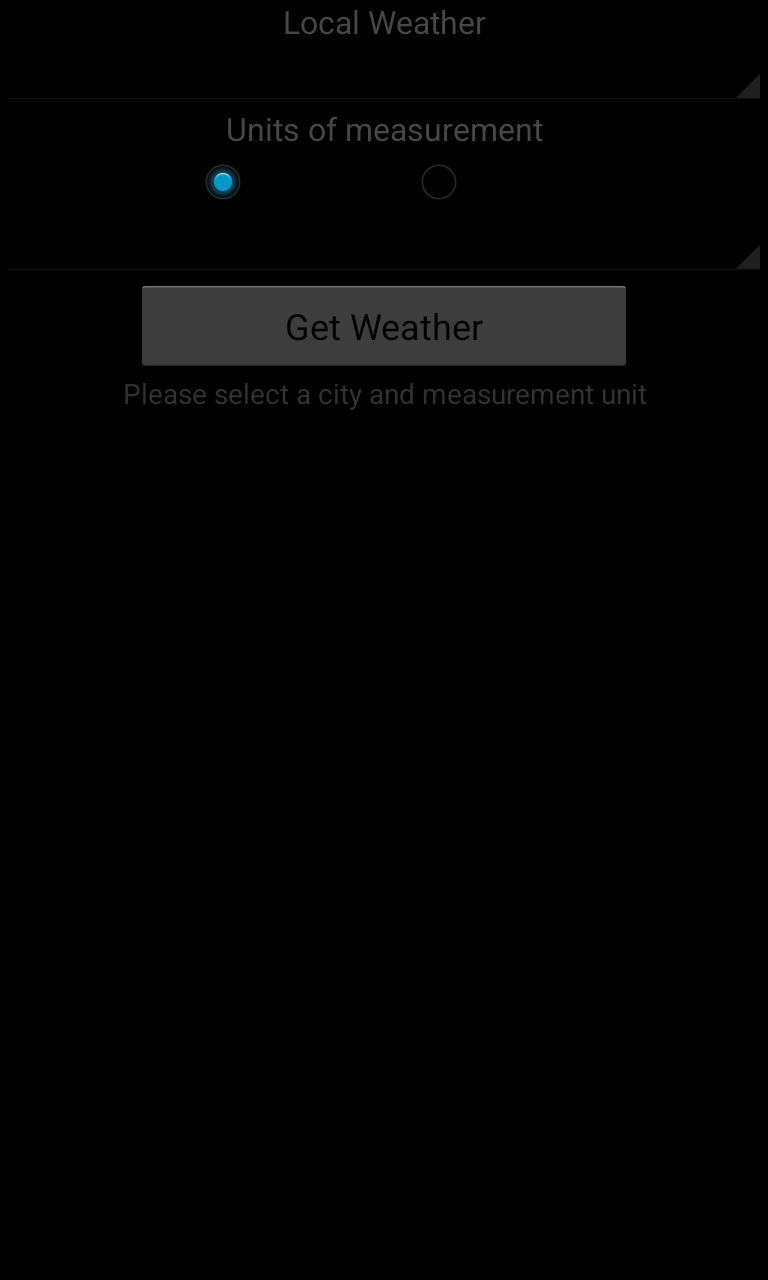
Repository: efreestone/Java1
Layout: Java1Project4/res/layout/activity_main.xml
The author's editor kept a copy of each file at every save. The layout is drawn from the files as they stood at one save, then again after the next save.
It is drawn on a 768 x 1280 px phone screen (xhdpi) without system bars, with theme AppTheme; the app's code is not run.

Above is the layout before, as saved 2014-03-26 03:48:25.

After the next save:
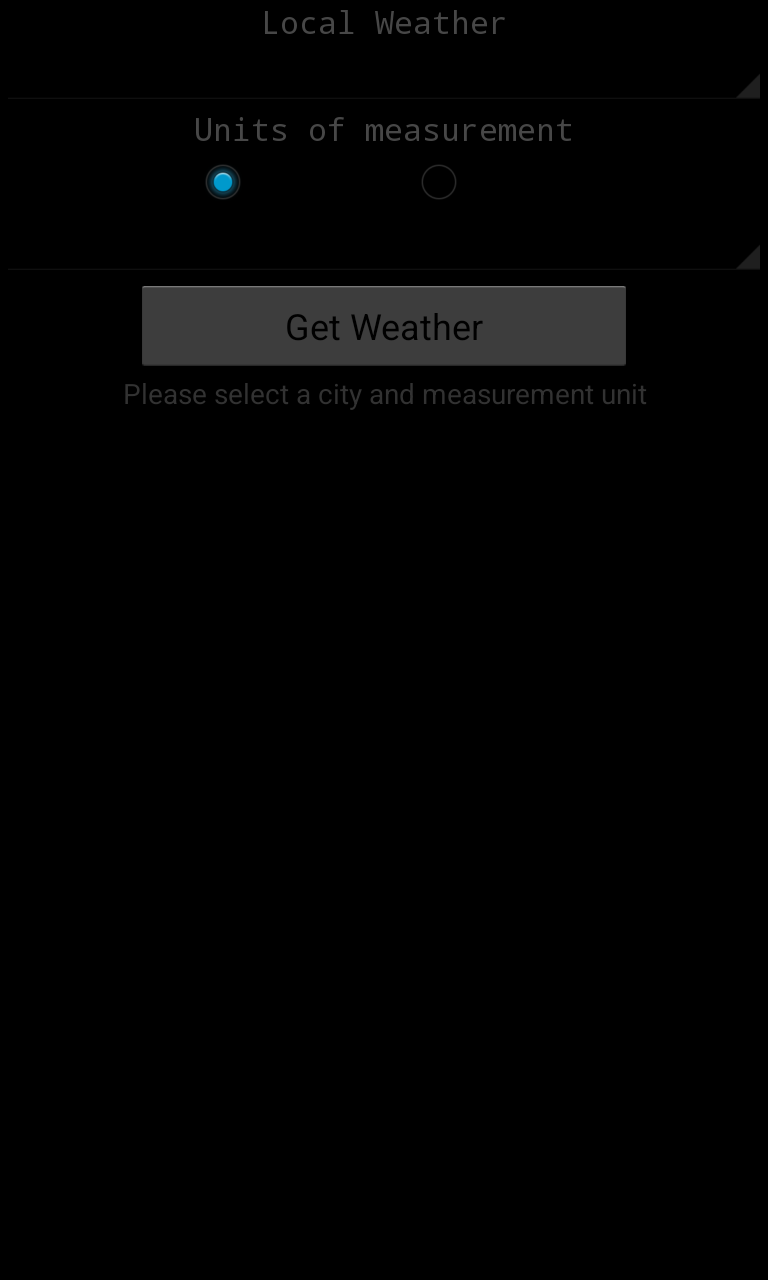
Saved 31 s later.
--- a/Java1Project4/res/values-v14/styles.xml
+++ b/Java1Project4/res/values-v14/styles.xml
@@ -12,11 +12,12 @@
             <item name="android:textStyle">normal</item>
             <item name="android:textColor">#474747</item>
             <item name="android:textSize">16sp</item>
+            <item name="android:typeface">monospace</item>
         </style>
 
         <style name="backgroundStyle">
             <item name="android:background">@android:color/background_dark</item>
-            <item name="android:typeface">monospace</item>
+
         </style>
 
 

After the save that followed:
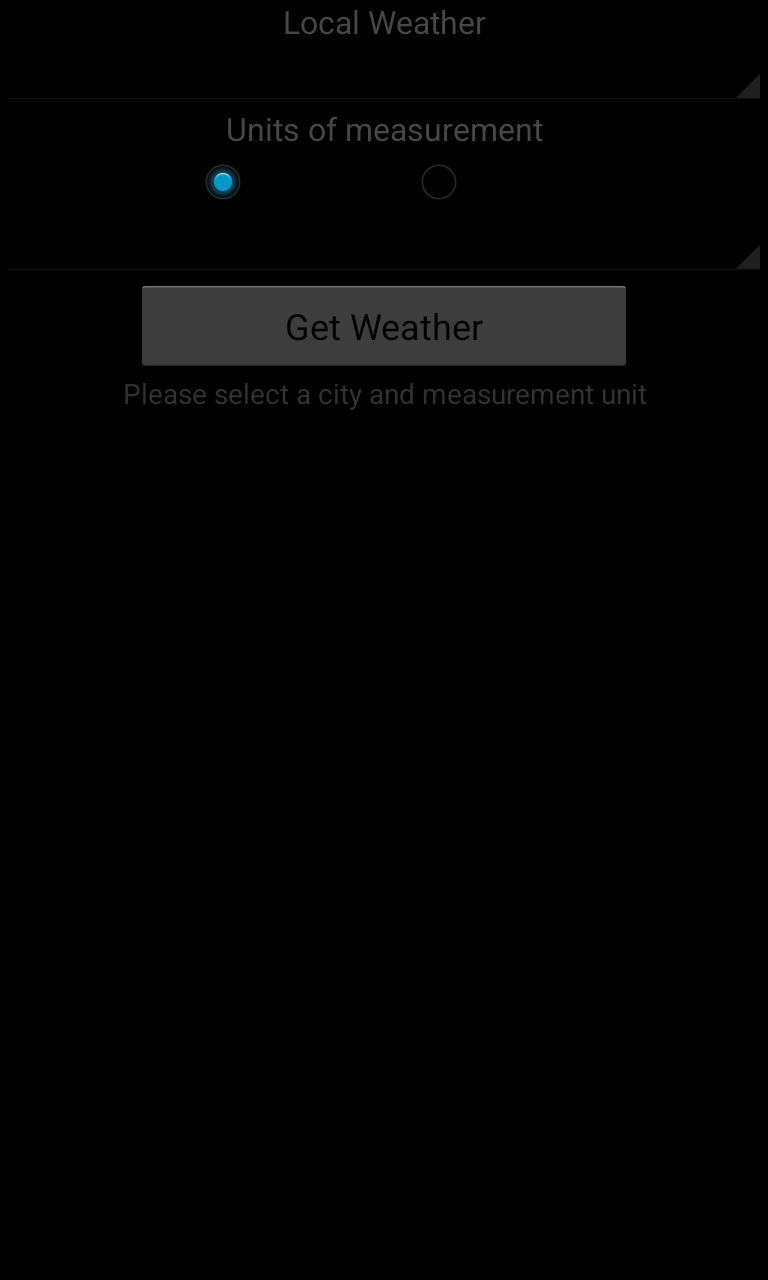
Saved 28 s later.
--- a/Java1Project4/res/values-v14/styles.xml
+++ b/Java1Project4/res/values-v14/styles.xml
@@ -12,7 +12,7 @@
             <item name="android:textStyle">normal</item>
             <item name="android:textColor">#474747</item>
             <item name="android:textSize">16sp</item>
-            <item name="android:typeface">monospace</item>
+
         </style>
 
         <style name="backgroundStyle">
